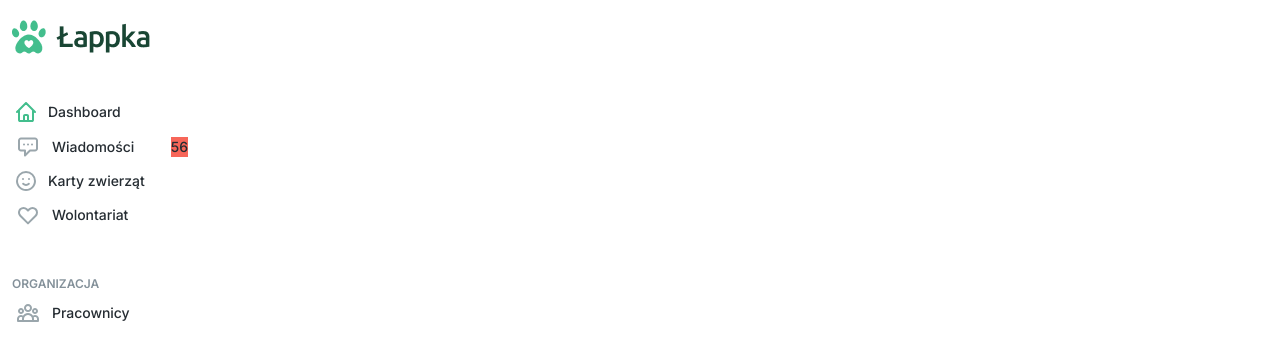
Repository: michalmilek/lappka
Page: /dashboard
An editor plug-in stored every save of this project. The page is shown before and after the next save, followed by the edit.
The browser window is 1280 px wide. The pictures show the whole page.
The project was rebuilt for these pictures with package versions that can differ from the ones it lists, and the page was loaded fresh each time. Also part of the build but not shown: src/components/customComponents/FormInput.tsx, src/components/customComponents/Button.tsx, src/components/LoginForm.tsx, src/components/Form/Form.tsx, src/pages/Login.tsx.

Above is the page before, as saved 2023-03-28 11:58:48.

### src/index.tsx
import React from 'react';
import ReactDOM from 'react-dom/client';
import './index.css';
import reportWebVitals from "./reportWebVitals";
import { RouterProvider, createBrowserRouter } from "react-router-dom";
import { ROUTES } from "./router/routes";
import Dashboard from "./pages/Dashboard";
import Login from "./pages/Login";

const router = createBrowserRouter([
  {
    path: ROUTES.HOME,
    element: <Login />,
  },
  {
    path: ROUTES.DASHBOARD,
    element: <Dashboard />,
  },
  /*   {
    path: ROUTES.ANIMALSCARDS,
    element: <LoginSite />,
  }, */
]);

const root = ReactDOM.createRoot(
  document.getElementById("root") as HTMLElement
);
root.render(
  <React.StrictMode>
    <RouterProvider router={router} />
  </React.StrictMode>
);

// If you want to start measuring performance in your app, pass a function
// to log results (for example: reportWebVitals(console.log))
// or send to an analytics endpoint. Learn more: https://bit.ly/CRA-vitals
reportWebVitals();

### src/index.css
@import url(https://fonts.googleapis.com/css?family=Inter:100,200,300,regular,500,600,700,800,900);

@tailwind base;
@tailwind components;
@tailwind utilities;


@layer base {
    *{
        @apply font-Inter
    }
}


@layer components {
    .hoverEffect{
        @apply hover:scale-105 transition-all duration-200 active:scale-95
    }

    .loginButton{
        @apply w-full bg-Primary/PR600 text-lightGray5 font-medium rounded-lg py-2 px-2
    }
    .registerButton{
        @apply w-full bg-white border border-Primary/PR100 text-darkGray2 font-medium rounded-lg py-2 px-2 shadow-registerBtn
    }

    .listLink {
        @apply flex gap-3 items-center tracking-veryVeryTight text-darkGray2 text-sm font-medium px-1 py-1 hover:cursor-pointer transition-all duration-300 hover:bg-gray-200 w-full
    }
}

### src/router/routes.ts
export const ROUTES = {
  HOME: "/",
  DASHBOARD: "/dashboard",
  ANIMALSCARDS: "/animals-cards",
};

### src/pages/Dashboard.tsx
import React from "react";
import Sidebar from "../components/Sidebar/Sidebar";

const Dashboard = () => {
  return (
    <main className="flex">
      <Sidebar />
      <div></div>
    </main>
  );
};

export default Dashboard;

### src/components/Sidebar/Sidebar.tsx
import React from "react";
import Logo from "./Logo.png";
import { ReactComponent as HomeIcon } from "./icons/Vector.svg";
import { ReactComponent as MessageIcon } from "./icons/Messages.svg";
import { ReactComponent as AnimalsCards } from "./icons/AnimalsCards.svg";
import { ReactComponent as HeartIcon } from "./icons/Heart.svg";
import { ReactComponent as EmployeesIcon } from "./icons/Workers.svg";

const Sidebar = () => {
  return (
    <div className="px-3 py-5 min-h-screen flex flex-col min-w-[200px]">
      <div className="flex flex-col items-start justify-start gap-11">
        <img
          src={Logo}
          alt="Logo"
        />

        <ul className="flex flex-col items-start justify-center gap-1 w-full">
          <li className="listLink">
            <HomeIcon /> Dashboard
          </li>
          <li className="listLink relative">
            <MessageIcon /> Wiadomości
            <span className="absolute right-0 bg-orange flex justify-center items-center top-[50%] translate-y-[-50%]">
              56
            </span>
          </li>
          <li className="listLink">
            <AnimalsCards /> Karty zwierząt
          </li>
          <li className="listLink">
            <HeartIcon /> Wolontariat
          </li>
        </ul>

        <div className="flex flex-col items-start justify-center gap-1">
          <p className="uppercase text-[12px] text-midGray3 font-semibold mb-0">
            Organizacja
          </p>
          <ul className="mt-0">
            <li className="listLink">
              <EmployeesIcon /> Pracownicy
            </li>
          </ul>
        </div>
      </div>
    </div>
  );
};

export default Sidebar;

### tailwind.config.js
/** @type {import('tailwindcss').Config} */
module.exports = {
  content: ["./src/**/*.{js,jsx,ts,tsx}"],
  theme: {
    extend: {
      colors: {
        "Primary/PR600": "#369871",
        "Primary/PR100": "#E1F5ED",
        "Primary/PR500": "#43BE8D",
        orange: "#F76659",
        bgGreen: "#F0FAF6",
        "Primary/PR800": "#205B43",
        midGray2: "#6E7C87",
        lightGray1: "#D5DADD",
        lightGray4: "#EEF0F2",
        lightGray5: "#F6F7F9",
        midGray5: "#B0BABF",
        midGray4: "#9AA6AC",
        midGray3: "#84919A",
        darkGray2: "#252C32",
      },
      fontFamily: {
        Inter: ["Inter", "sans-serif"],
      },
      letterSpacing: {
        veryTight: "-.006em",
        veryVeryTight: "-0.003em",
        wide18em: "0.018em",
      },
      boxShadow: {
        registerBtn: "0px 1px 2px rgba(16, 24, 40, 0.05)",
      },
    },
  },
  plugins: [require("@tailwindcss/forms")],
};

Loaded but not shown: public/index.html (common file); src/reportWebVitals.ts (common file)

After the next save:
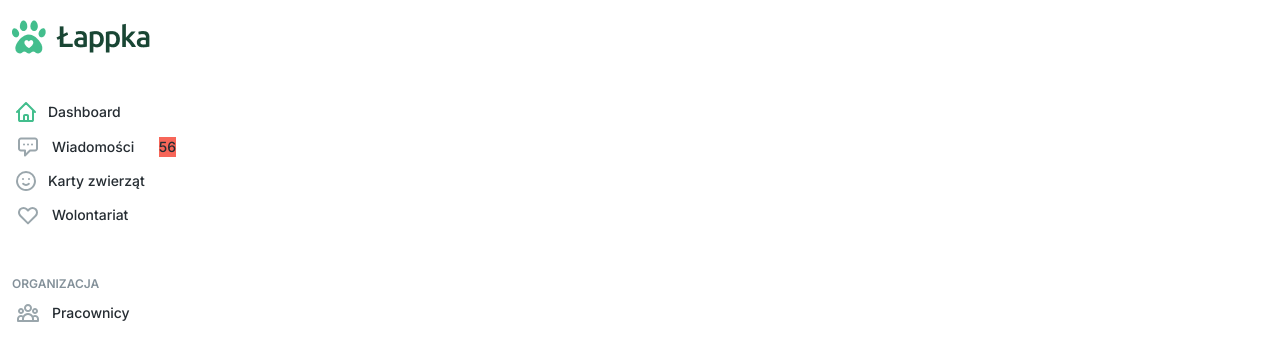
Saved 13 s later.
--- a/src/components/Sidebar/Sidebar.tsx
+++ b/src/components/Sidebar/Sidebar.tsx
@@ -21,7 +21,7 @@ const Sidebar = () => {
           </li>
           <li className="listLink relative">
             <MessageIcon /> Wiadomości
-            <span className="absolute right-0 bg-orange flex justify-center items-center top-[50%] translate-y-[-50%]">
+            <span className="absolute right-3 bg-orange flex justify-center items-center top-[50%] translate-y-[-50%]">
               56
             </span>
           </li>
